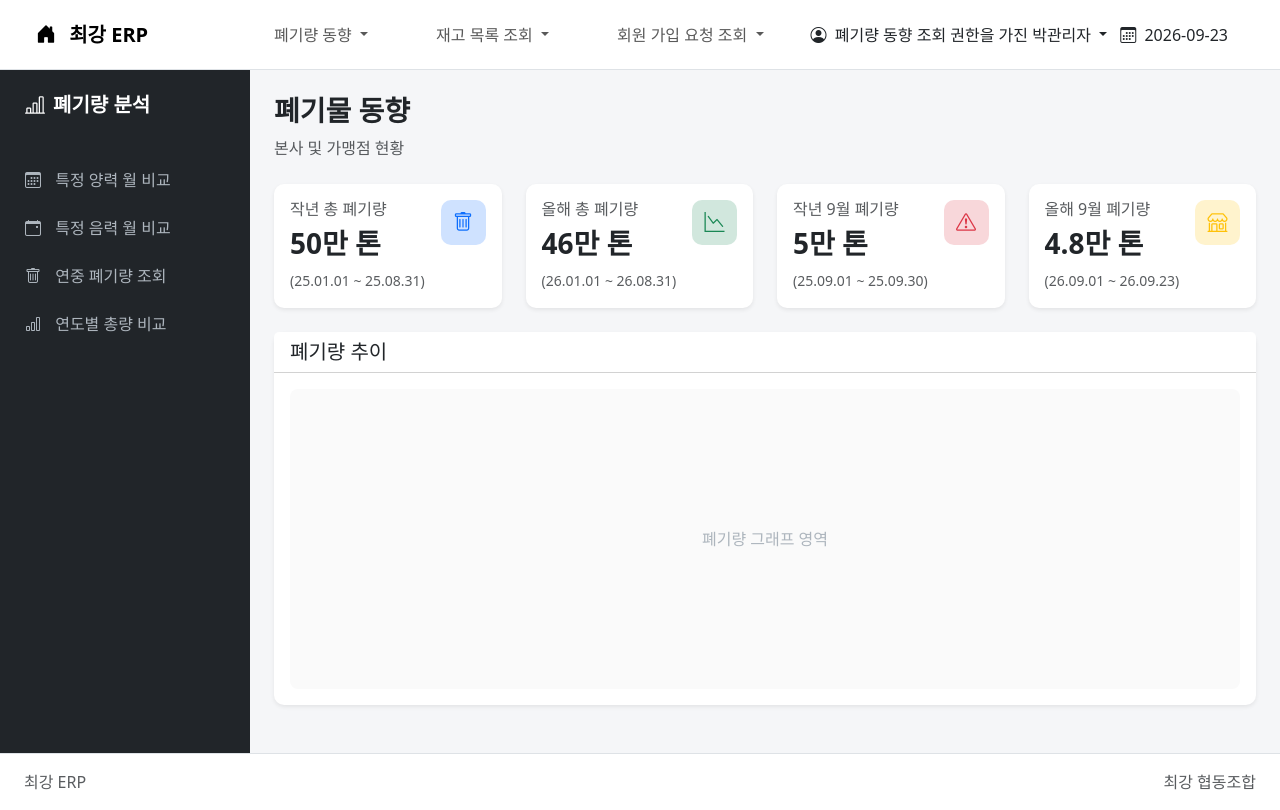
Repository: nojong99/kosta
Page: 32_MVCModel2/src/main/webapp/wasteTrends.html
These files come from the project's save history. The page is drawn as it stood at one moment and after the next save; the edit follows.
The browser window is 1280 px wide. The pictures show the whole page.

Above is the page before, as saved 2026-09-23 05:29:04.

After the next save:
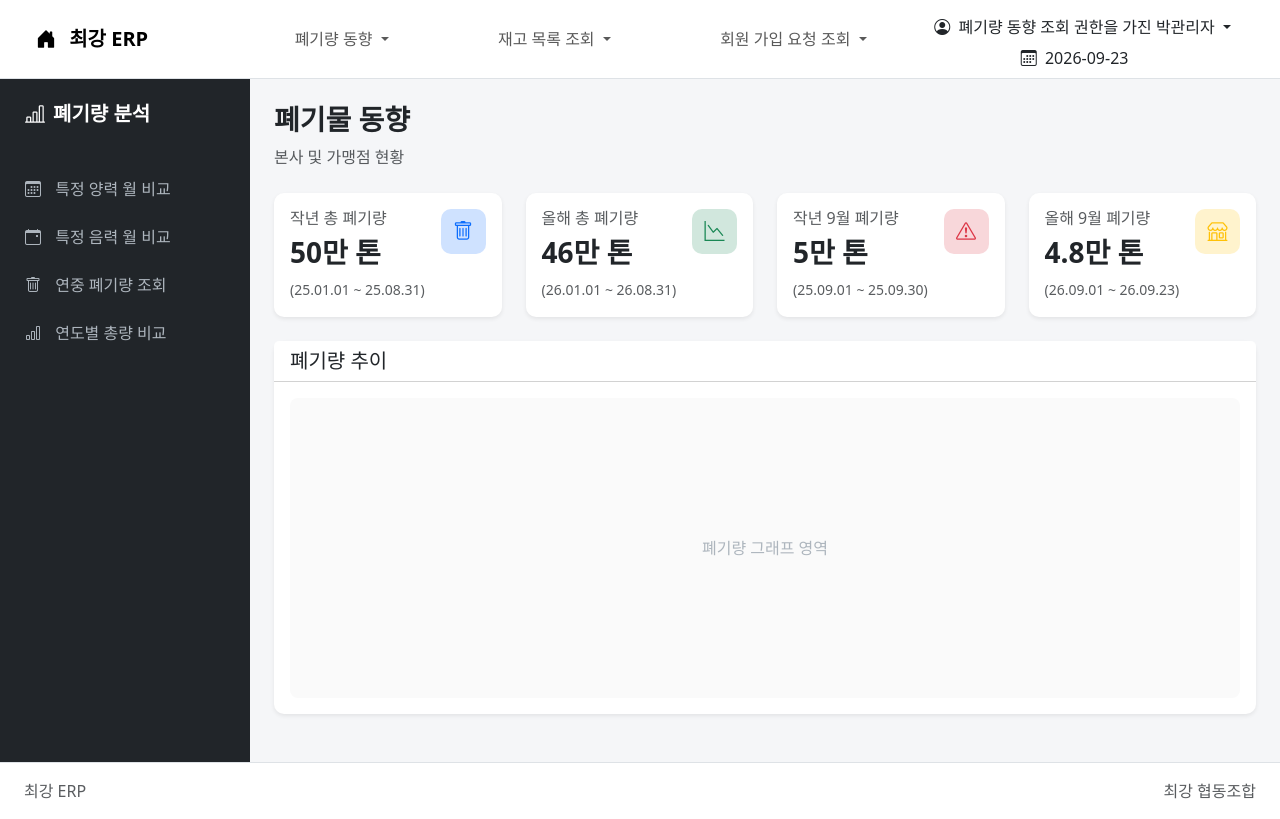
Saved 59 s later.
--- a/32_MVCModel2/src/main/webapp/wasteTrends.html
+++ b/32_MVCModel2/src/main/webapp/wasteTrends.html
@@ -61,7 +61,7 @@
 
 
 				</ul>
-				<div class="header-right d-flex align-items-center">
+				<div class="header-right d-flex flex-column align-items-center">
 				<div class="dropdown">
 
 					<button class="btn dropdown-toggle" data-bs-toggle="dropdown">
